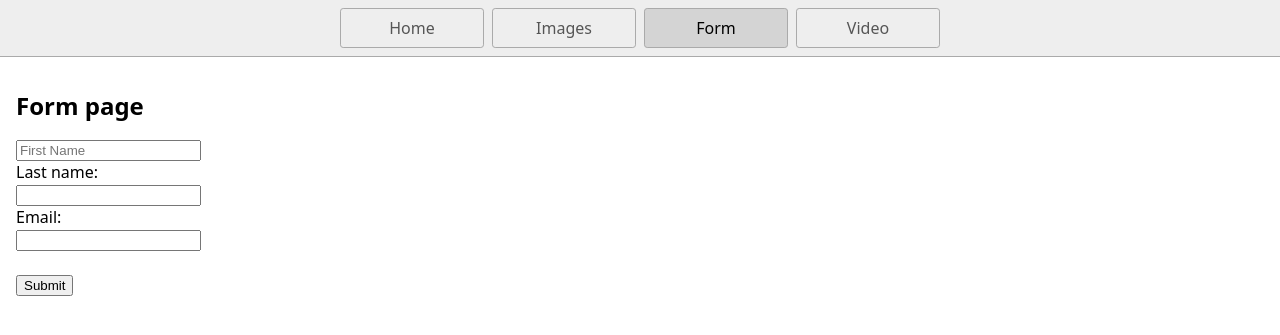
Repository: sebas6292/palmTree-Final
Page: Form.html
These files come from the project's save history. The page is drawn as it stood at one moment and after the next save; the edit follows.
The browser window is 1280 px wide. The pictures show the whole page.

Above is the page before, as saved 2023-05-27 11:01:29.
Not found: script.js

After the next save:
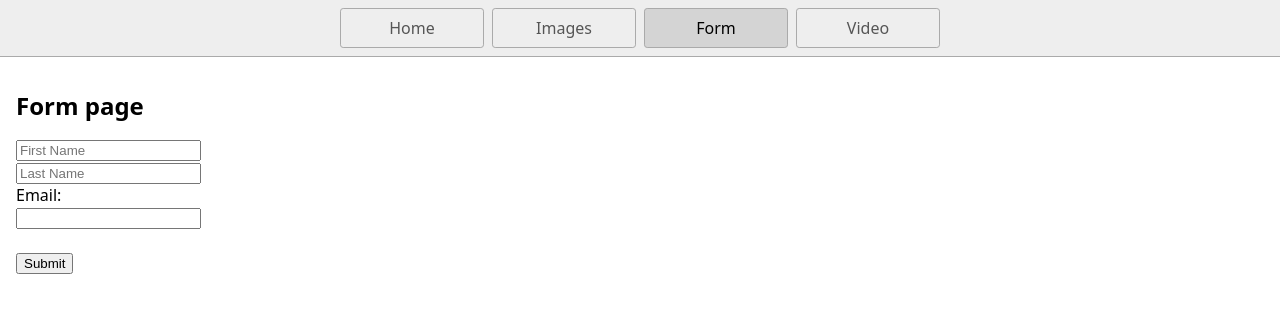
Saved 15 s later.
--- a/Form.html
+++ b/Form.html
@@ -23,8 +23,8 @@
       <form action="/action_page.php">
 
         <input type="text" id="fname" name="fname" placeholder="First Name"><br>
-        <label for="lname">Last name:</label><br>
-        <input type="text" id="lname" name="lname" ><br>
+
+        <input type="text" id="lname" name="lname" placeholder="Last Name" ><br>
         <label for="email">Email:</label><br>
         <input type="text" id="email" name="email" ><br>
         <br>
